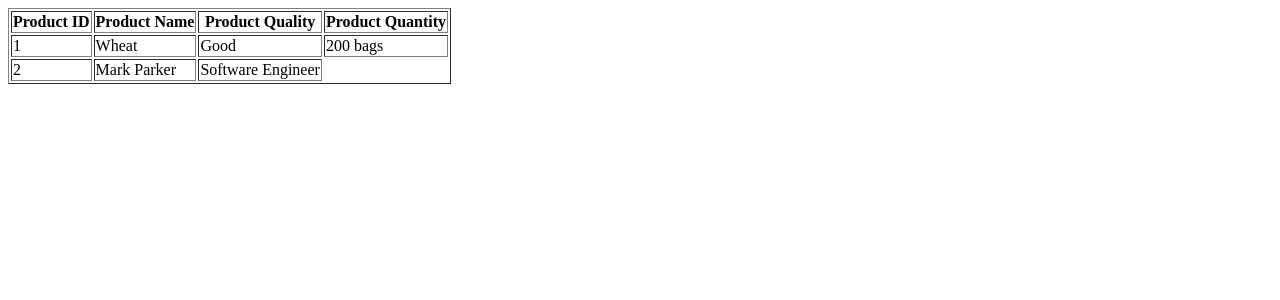
Repository: pranavi481/Assignments
Page: Tables.html
The author's editor kept a record of every edit. The page is drawn from the files as they stood at one moment, then again after the next edit.
The browser window is 1280 px wide. The pictures show the whole page.

Above is the page before.

### Tables.html
<!doctype html>
<html>
    <head>
        <meta charset = "utf-8">
        <title> Table </title>
    </head>
    <body>
        <table border="1">
            <tr>
                <th>Product ID</th>
                <th>Product Name</th>
                <th>Product Quality</th>
                <th>Product Quantity</th>
            </tr>
            <tr>
                <td>1</td>
                <td>Wheat</td>
                <td>Good</td>
                <td>200 bags</td>
            </tr>
            <tr>
                <td>2</td>
                <td>Mark Parker</td>
                <td>Software Engineer</td>
            </tr>
        </table>
    </body>
</html>

After the next edit:
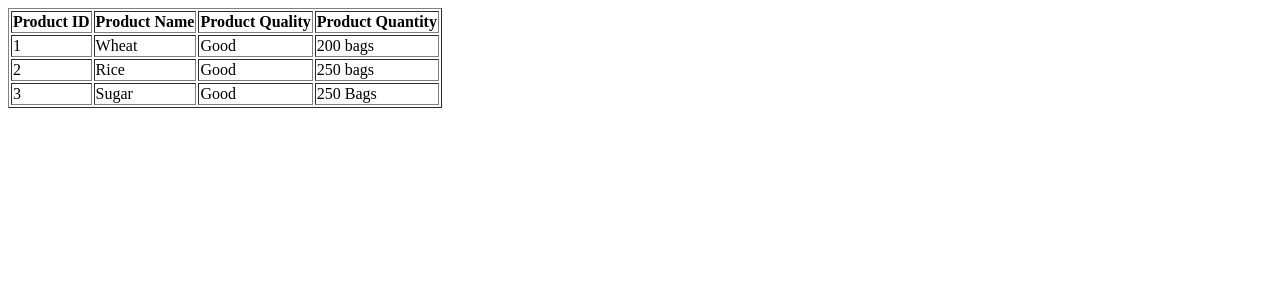
The edit:
--- a/Tables.html
+++ b/Tables.html
@@ -20,8 +20,15 @@
             </tr>
             <tr>
                 <td>2</td>
-                <td>Mark Parker</td>
-                <td>Software Engineer</td>
+                <td>Rice</td>
+                <td>Good</td>
+                <td>250 bags</td>
+            </tr>
+            <tr>
+                <td>3</td>
+                <td>Sugar</td>
+                <td>Good</td>
+                <td>250 Bags</td>
             </tr>
         </table>
     </body>
